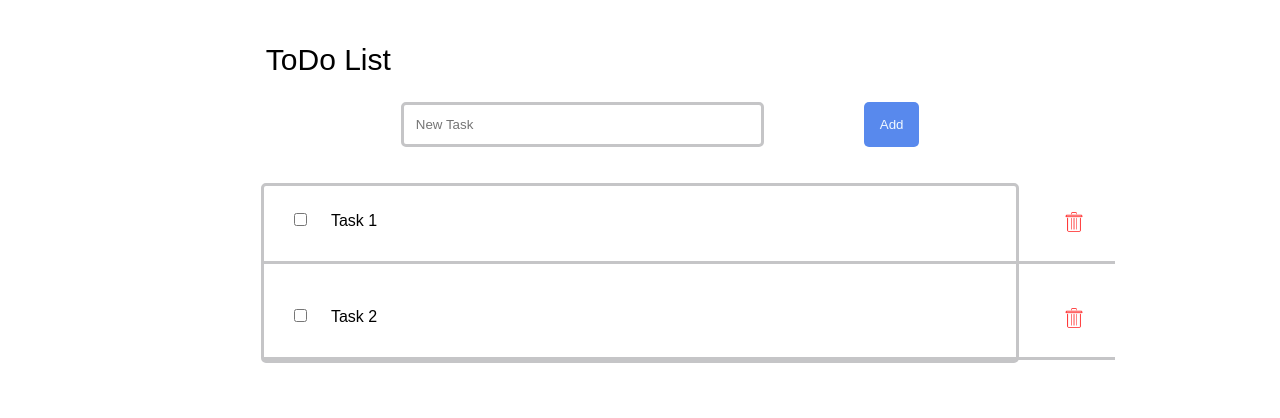
Repository: aknurkappar/web-development-2023
Page: Lab3/ToDoList/index.html
The author's editor kept a copy of each file at every save. The page is drawn from the files as they stood at one save, then again after a run of saves.
The browser window is 1280 px wide. The pictures show the whole page.

Above is the page before, as saved 2023-02-15 14:20:28.

After the next 3 saves:
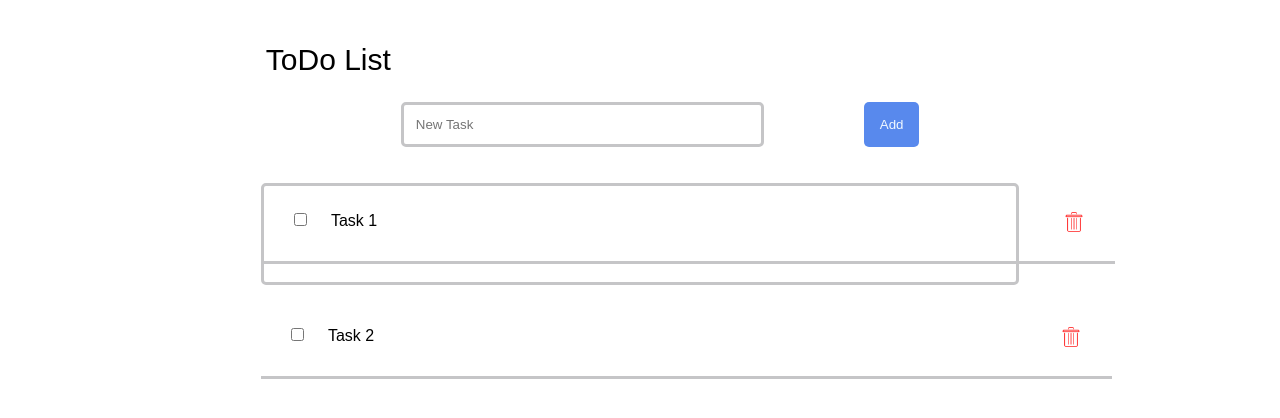
The 3 saves are shown as one change because they came seconds apart.
The last was saved 43 s later.
--- a/Lab3/ToDoList/index.html
+++ b/Lab3/ToDoList/index.html
@@ -25,16 +25,16 @@
                 </button>
             </div>
             <br>
-        </li>
+          </div>
 
-        <li>
+        <div>
           <div class="item">
               <p> <input type="checkbox" /> Task 2</p>
               <button class="trash-button">
                   <img src="./assets/trash.png" alt="Trash icon">
               </button>
           </div>
-      </li>
+        </div>
       </ul>
 
     </div>
